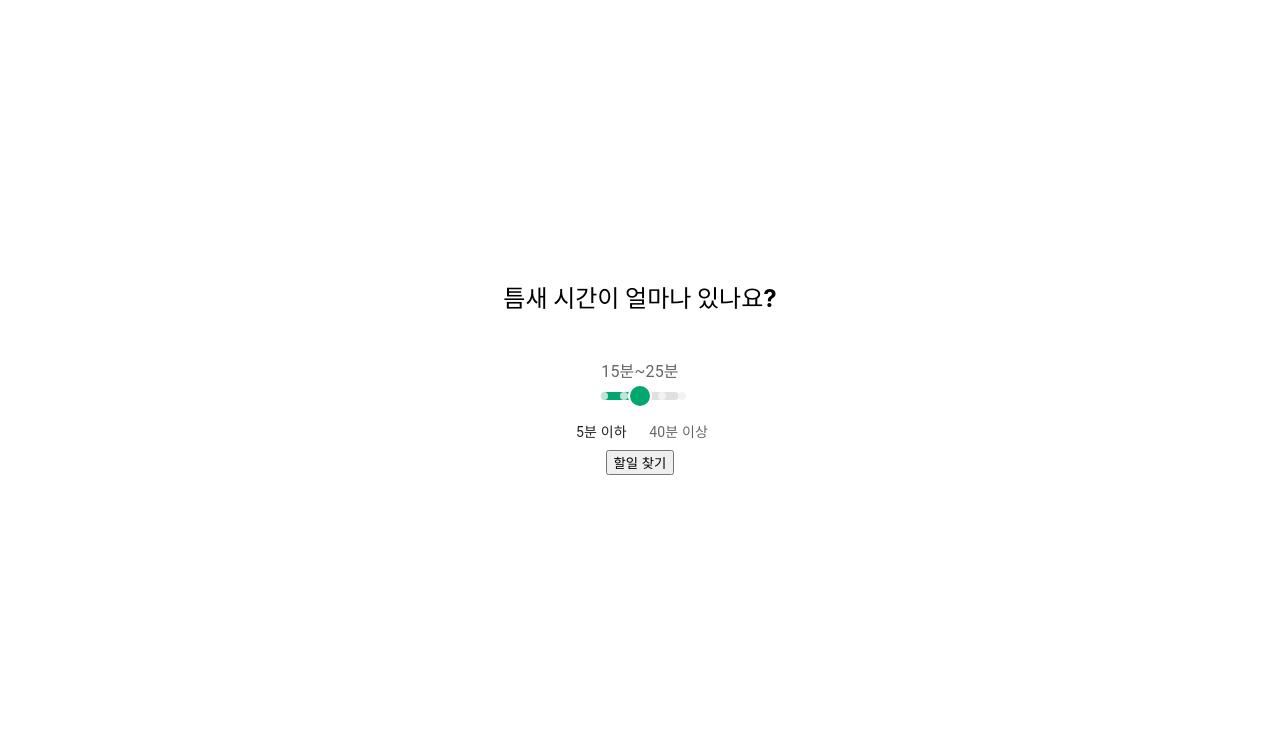
Repository: Tickley-Team/Tickley
Page: /survey
These files come from the project's save history. The page is drawn as it stood at one moment and after a run of saves; the edit follows.
The browser window is 1280 px wide. The pictures show the whole page.
The project was rebuilt for these pictures with package versions that can differ from the ones it lists, and the page was loaded fresh each time. Also part of the build but not shown: vite.config.ts, src/pages/Todos.tsx, src/stores/recommendTodoFilterStore.ts, src/hooks/useCategoryNames.tsx, src/hooks/useFilteredTodos.tsx, src/hooks/useLocalStorage.ts, src/utils.ts, src/pages/TodosFind.tsx and 9 more.

Above is the page before, as saved 2024-12-08 17:51:27.

### index.html
<!doctype html>
<html lang="en">
  <head>
    <meta charset="UTF-8" />
    <link rel="icon" type="image/svg+xml" href="/vite.svg" />
    <meta name="viewport" content="width=device-width, initial-scale=1.0" />
    <title>티클리</title>
  </head>
  <body>
    <div id="root"></div>
    <script type="module" src="/src/main.tsx"></script>
  </body>
</html>

### src/index.css
:root {
  font-family: Inter, system-ui, Avenir, Helvetica, Arial, sans-serif;
  line-height: 1.5;
  font-weight: 400;

  color-scheme: light dark;

  font-synthesis: none;
  text-rendering: optimizeLegibility;
  -webkit-font-smoothing: antialiased;
  -moz-osx-font-smoothing: grayscale;
}

### src/App.tsx
import './App.css'

import Todos from './pages/Todos'
import TodosFind from './pages/TodosFind'
import SurveySpareTime from './pages/SurveySpareTime'
import Home from './pages/Home'
import OnboardingPage from './pages/OnboardingPage'
import TodosMemory from './pages/TodosMemory'
import ProgressTimer from './pages/ProgressTimer'
import CompletedTimer from './pages/CompletedTimer'
import { fetchRecommendTodos } from './api/fetchRecommendTodos'
import { createBrowserRouter, RouterProvider } from 'react-router'

function App() {
  const isProduction = process.env.NODE_ENV === 'production'
  const basename = isProduction ? '/Tickley' : '/'

  const router = createBrowserRouter(
    [
      {
        path: '/',
        element: <Home />,
      },
      {
        path: '/todos',
        element: <Todos />,
      },
      {
        path: '/todos/find',
        element: <TodosFind />,
        loader: () =>
          fetchRecommendTodos(
            `${import.meta.env.BASE_URL}data/todoRecommendData.json`,
          ),
      },
      {
        path: '/todos/memory',
        element: <TodosMemory />,
      },
      {
        path: '/survey',
        element: <SurveySpareTime />,
      },
      {
        path: '/onboarding/:onboardingId',
        element: <OnboardingPage />,
      },
      {
        path: '/timer/progress',
        element: <ProgressTimer />,
      },
      {
        path: '/timer/completed',
        element: <CompletedTimer />,
      },
    ],
    {
      basename,
    },
  )

  return (
    <div className="App">
      <RouterProvider router={router} />
    </div>
  )
}

export default App

### src/pages/SurveySpareTime/index.tsx
import { useCallback } from 'react'
import { useNavigate } from 'react-router'
import { MobileLayout } from '../../layout/MobileLayout'
import { RangeSlider } from '../../components/RangeSlider'

const SurveySpareTime = () => {
  const navigate = useNavigate()
  const handleClickButton = useCallback(() => {
    navigate('/todos/find')
  }, [])
  return (
    <MobileLayout>
      <h2>틈새 시간이 얼마나 있나요?</h2>
      <RangeSlider />
      <button onClick={handleClickButton}>할일 찾기 </button>
    </MobileLayout>
  )
}

/**
 * zustand 테스트용 - 컴포넌트 분리작업은 추후에
 * @returns
 */
// const RangeSlider = () => {
//   const { spareTime, setSpareTime } = useRecommendTodoFilterStore()
//   //   const [value, setValue] = useState(0)

//   const handleChange = (event: React.ChangeEvent<HTMLInputElement>) => {
//     setSpareTime(Number(event.target.value))
//   }

//   return (
//     <div className="range-slider">
//       <label htmlFor="range">Select time range:</label>
//       <input
//         id="range"
//         type="range"
//         min="0"
//         max="4"
//         step="1"
//         value={spareTime}
//         onChange={handleChange}
//         className="slider"
//       />
//       <div className="labels"></div>
//       <div className="value">{spareTime}</div>
//     </div>
//   )
// }

export default SurveySpareTime

### src/api/fetchRecommendTodos.ts
import { RecommendTodo } from '../types'

export const fetchRecommendTodos = async (
  path: string,
): Promise<Array<RecommendTodo>> => {
  try {
    const response = await fetch(path)
    if (!response.ok) {
      throw new Error(`HTTP error! status: ${response.status}`)
    }
    return response.json()
  } catch (error) {
    if (error instanceof Error) {
      throw new Error(`데이터 로드 실패: ${error.message}`)
    }
    throw new Error('알 수 없는 에러가 발생했습니다')
  }
}

### src/layout/MobileLayout.tsx
import { Container } from '@mui/material'

export const MobileLayout = ({
  children,
  ...restProps
}: {
  children: React.ReactNode
}) => {
  return (
    <Container
      sx={{
        maxWidth: '375px', // 최대 너비 375px
        margin: '0 auto',
        backgroundColor: 'white',
        height: '100vh',
        display: 'flex', // Flexbox를 사용하여 콘텐츠 정렬
        flexDirection: 'column',
        justifyContent: 'center',
        alignItems: 'center',
      }}
      {...restProps}
    >
      {/* 여기에 콘텐츠를 추가 */}
      {children}
    </Container>
  )
}

### src/components/RangeSlider.tsx
import styled from '@emotion/styled'
import { Box, Typography, Slider } from '@mui/material'

export const RangeSlider = (props: Props) => {
  const marks = [
    { value: 0, label: '5분 이하' },
    { value: 25 },
    { value: 50 },
    { value: 75 },
    { value: 100, label: '40분 이상' },
  ]
  return (
    <Box sx={{ maxWidth: 600, p: 3 }}>
      <Typography sx={{ mb: 1, color: '#666666' }}>15분~25분</Typography>

      <CustomSlider value={50} marks={marks} />

      {/* <Box
        sx={{
          display: 'flex',
          justifyContent: 'space-between',
          mt: 1,
          color: '#A3A3A3',
          fontSize: '0.875rem',
        }}
      >
        <Typography>5분 이하</Typography>
        <Typography>40분 이상</Typography>
      </Box> */}
    </Box>
  )
}

const CustomSlider = styled(Slider)({
  height: 8,
  padding: 0,
  '& .MuiSlider-rail': {
    opacity: 1,
    backgroundColor: '#E0E0E0', // gray300
  },
  '& .MuiSlider-track': {
    border: 'none',
    backgroundColor: '#00A76F', // pri500
  },
  '& .MuiSlider-thumb': {
    height: 24,
    width: 24,
    backgroundColor: '#00A76F', // pri500
    border: '2px solid #fff',
    '&:focus, &:hover, &.Mui-active, &.Mui-focusVisible': {
      boxShadow: 'inherit',
    },
    '&:before': {
      display: 'none',
    },
  },
  '& .MuiSlider-mark': {
    backgroundColor: '#F2F2F2', // gray200
    height: 8,
    width: 8,
    borderRadius: '50%',
    marginTop: 0,
  },
})

Loaded but not shown: src/main.tsx (common file); src/App.css (common file)

After the next 2 saves:
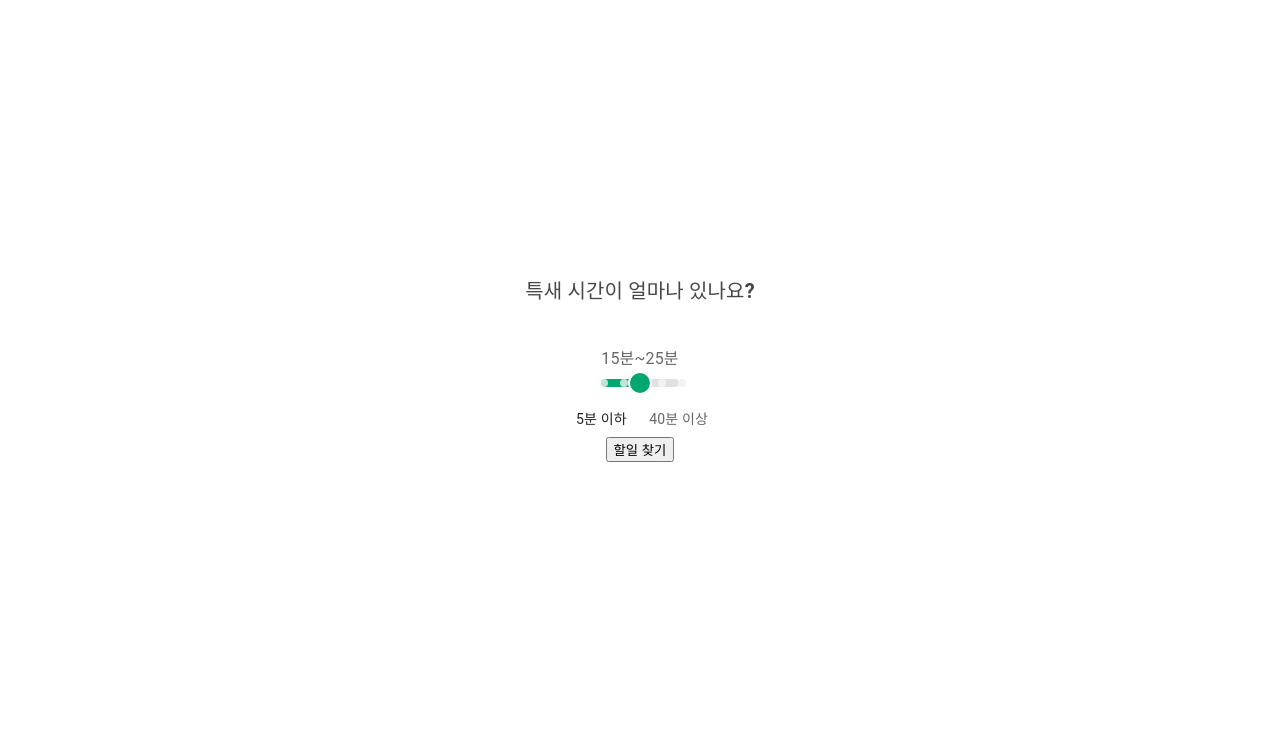
The 2 saves are shown as one change because they came seconds apart.
The last was saved 19 s later.
--- a/src/pages/SurveySpareTime/index.tsx
+++ b/src/pages/SurveySpareTime/index.tsx
@@ -2,6 +2,7 @@ import { useCallback } from 'react'
 import { useNavigate } from 'react-router'
 import { MobileLayout } from '../../layout/MobileLayout'
 import { RangeSlider } from '../../components/RangeSlider'
+import { Typography } from '@mui/material'
 
 const SurveySpareTime = () => {
   const navigate = useNavigate()
@@ -10,7 +11,12 @@ const SurveySpareTime = () => {
   }, [])
   return (
     <MobileLayout>
-      <h2>틈새 시간이 얼마나 있나요?</h2>
+      <Typography
+        variant="h6"
+        sx={{ fontWeight: 'bold', mb: 2, color: '#474747' }}
+      >
+        특새 시간이 얼마나 있나요?
+      </Typography>
       <RangeSlider />
       <button onClick={handleClickButton}>할일 찾기 </button>
     </MobileLayout>
